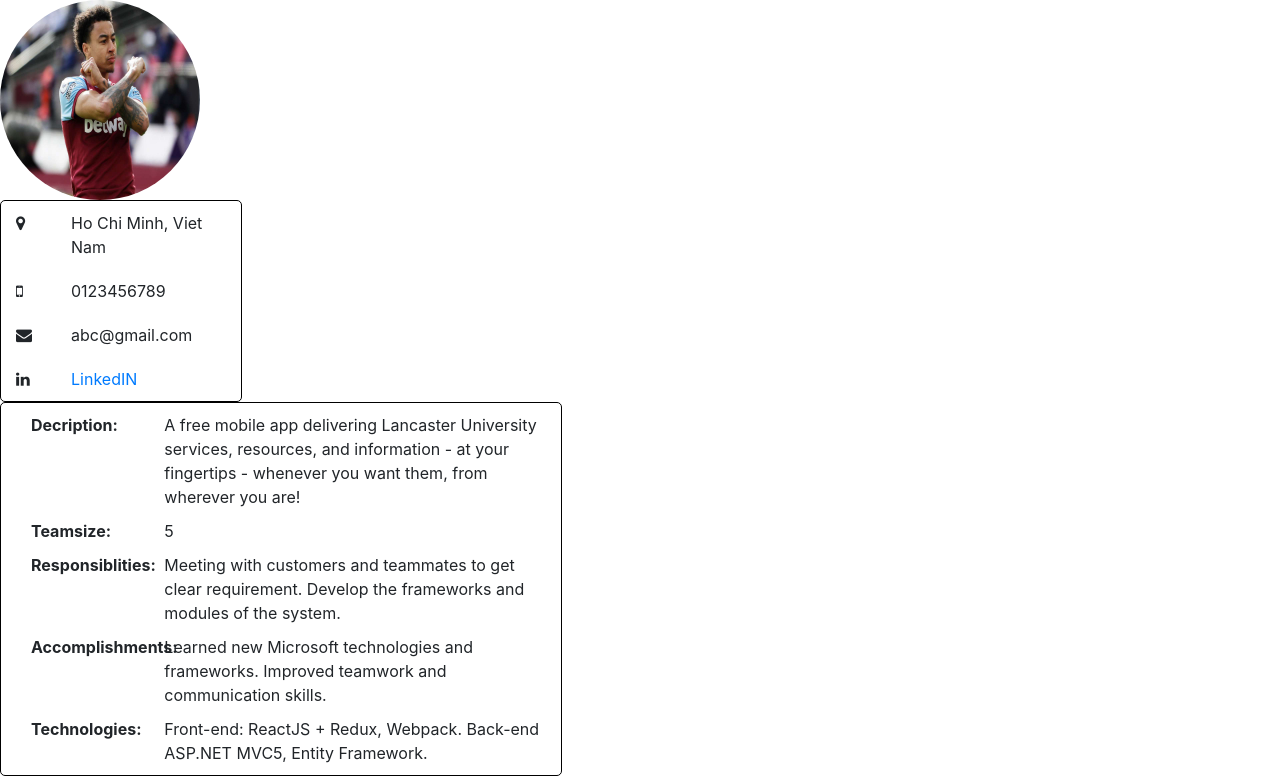
Repository: khoibanh113/mycv
Page: /
An editor plug-in stored every save of this project. The page is shown before and after the next save, followed by the edit.
The browser window is 1280 px wide. The pictures show the whole page.
The project was rebuilt for these pictures with package versions that can differ from the ones it lists, and the page was loaded fresh each time. Also part of the build but not shown: src/component/study.js.

Above is the page before, as saved 2021-03-31 16:48:35.

After the next save:
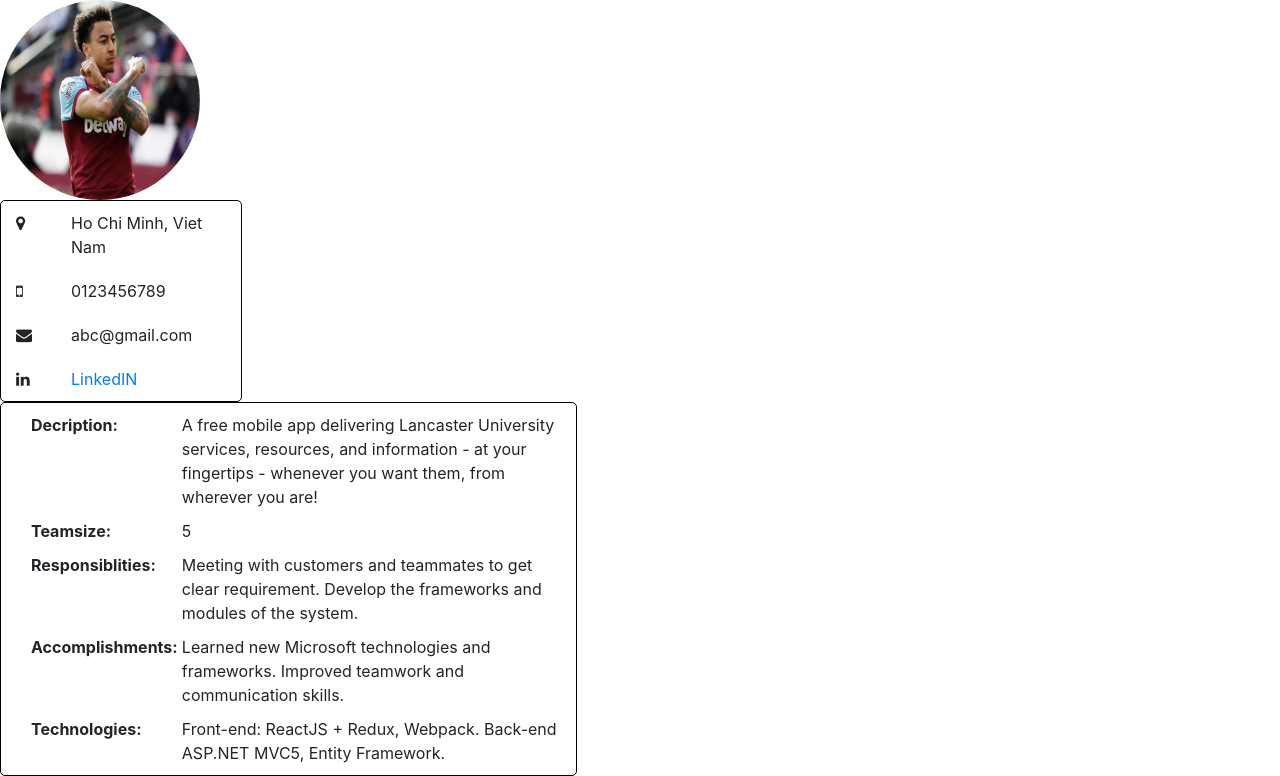
Saved 34 s later.
--- a/src/css/experience.css
+++ b/src/css/experience.css
@@ -9,7 +9,7 @@
 .col-item{
     width: 150px;
     padding: 0px 0px;
-    margin-right: 30px;
+    margin-right: 45px;
 }
 .detail-content{
     width: 350px;
